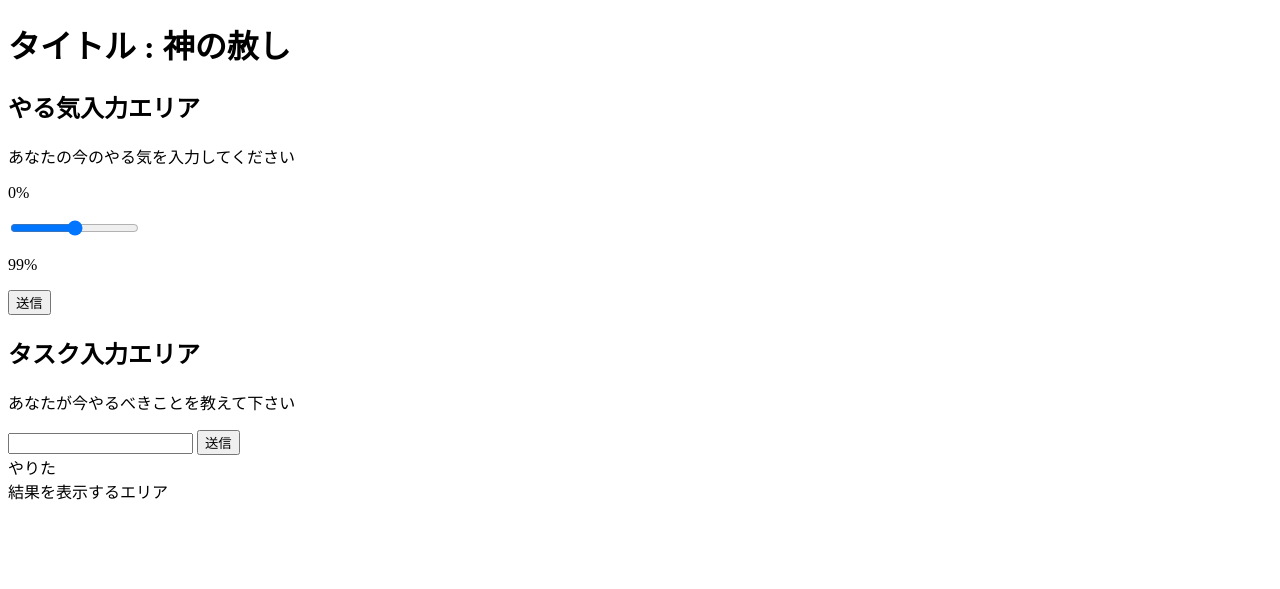
Repository: masa0306/god_forgiveness
Page: index.html
These files come from the project's save history. The page is drawn as it stood at one moment and after a run of saves; the edit follows.
The browser window is 1280 px wide. The pictures show the whole page.

Above is the page before, as saved 2024-05-14 23:14:31.

After the next 2 saves:
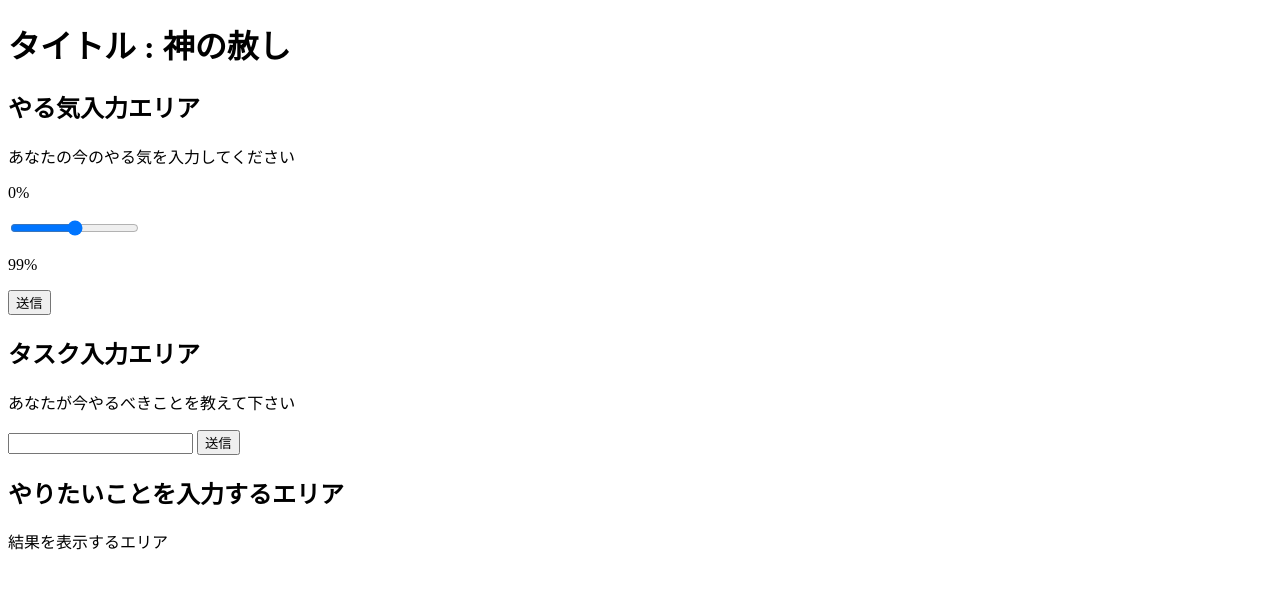
The 2 saves are shown as one change because they came seconds apart.
The last was saved 14 s later.
--- a/index.html
+++ b/index.html
@@ -24,7 +24,8 @@
         <input type="text" name="toDo"id="toDo">
         <button id="sendToDo">送信</button>
 
-    <div>やりた</div>
+    <div><h2>やりたいことを入力するエリア</h2>
+    </div>
 
     <div>結果を表示するエリア</div>
     <script src="https://ajax.googleapis.com/ajax/libs/jquery/3.7.0/jquery.min.js"></script>
